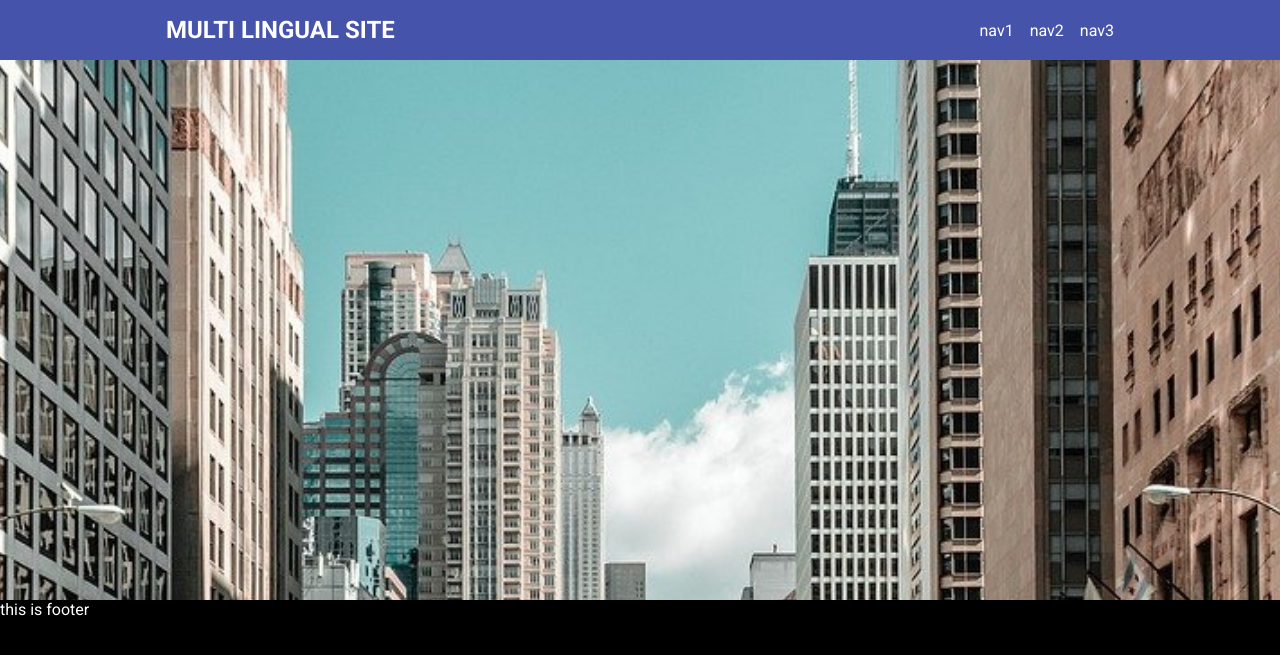
Repository: ksbsh27/multi_lingual
Page: index.html
The author's editor kept a copy of each file at every save. The page is drawn from the files as they stood at one save, then again after the next save.
The browser window is 1280 px wide. The pictures show the whole page.
The style sheet was rebuilt from its Sass, Less or Tailwind sources for each picture, by a compiler version that may differ from the author's.

Above is the page before, as saved 2022-03-31 22:53:22.

After the next save:
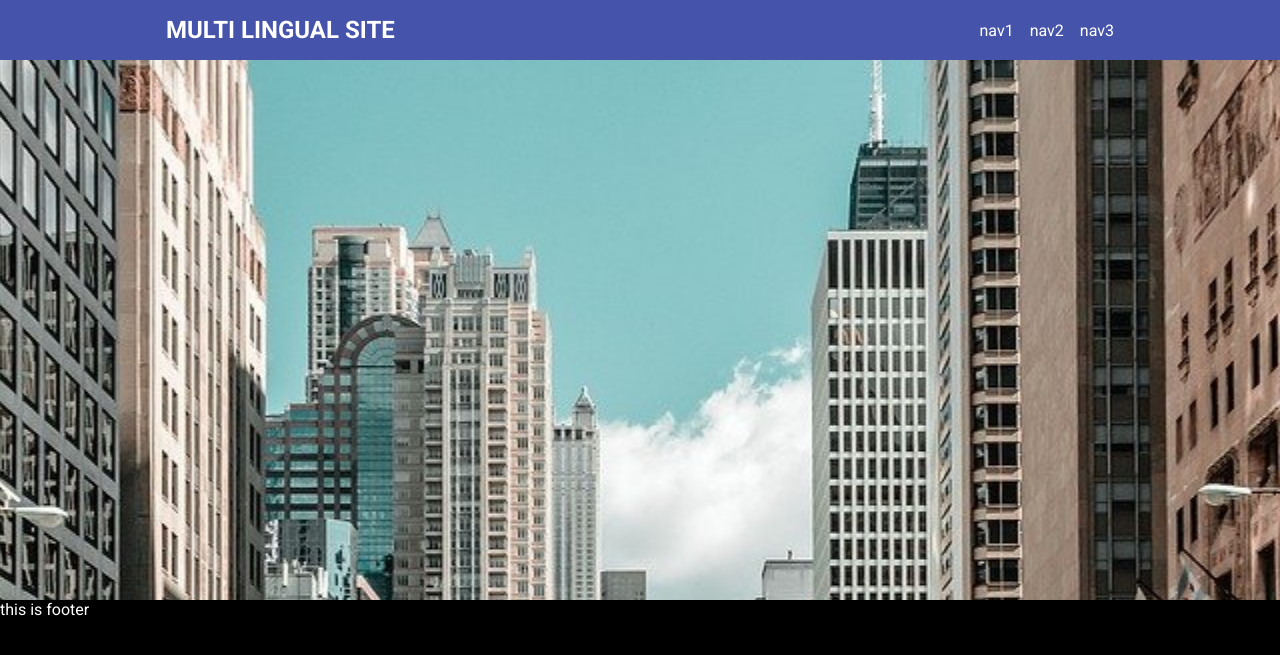
Saved 14 s later.
--- a/sass/style.scss
+++ b/sass/style.scss
@@ -31,7 +31,7 @@
       left: 0;
       opacity: 0;
       transition: .8s;
-      transform: scale(1.8);
+      transform: scale(2);
       &.show{
         opacity: 1;
       }
